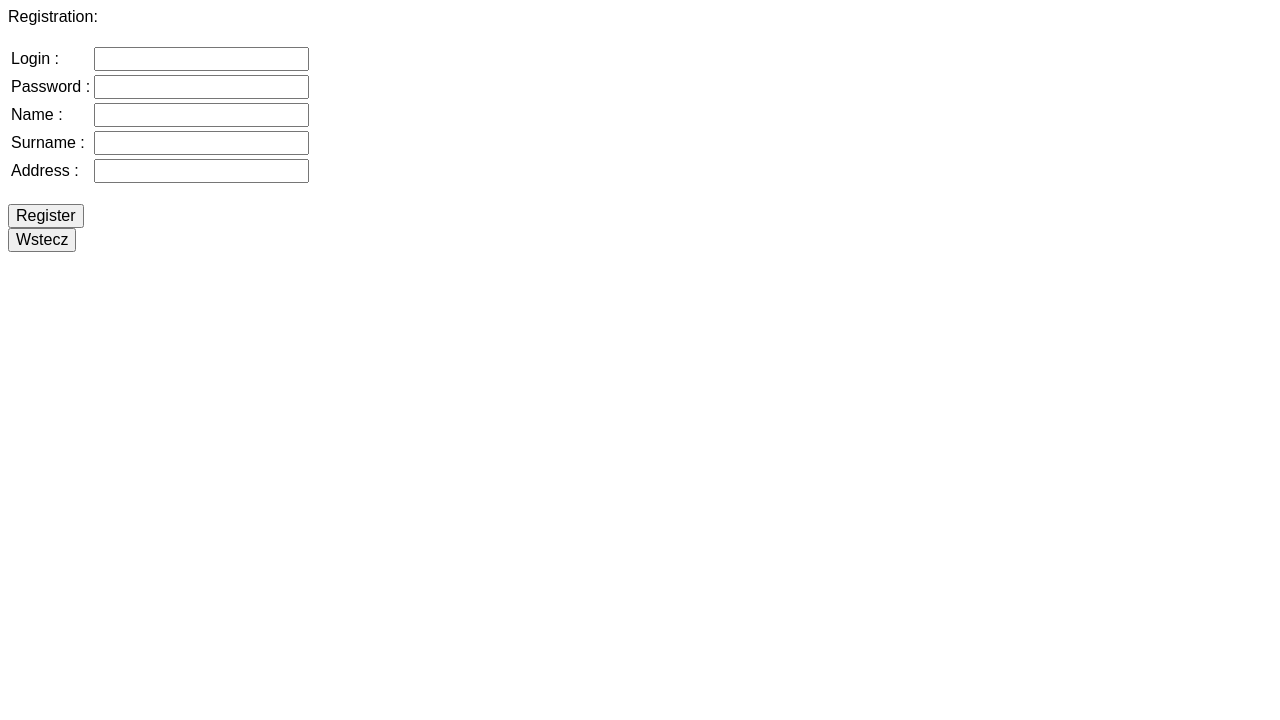
Repository: zlenyk/wrzucak
Page: Shop/WebContent/registration.html
An editor plug-in stored every save of this project. The page is shown before and after the next save, followed by the edit.
The browser window is 1280 px wide. The pictures show the whole page.

Above is the page before, as saved 2013-09-25 12:02:44.

After the next save:
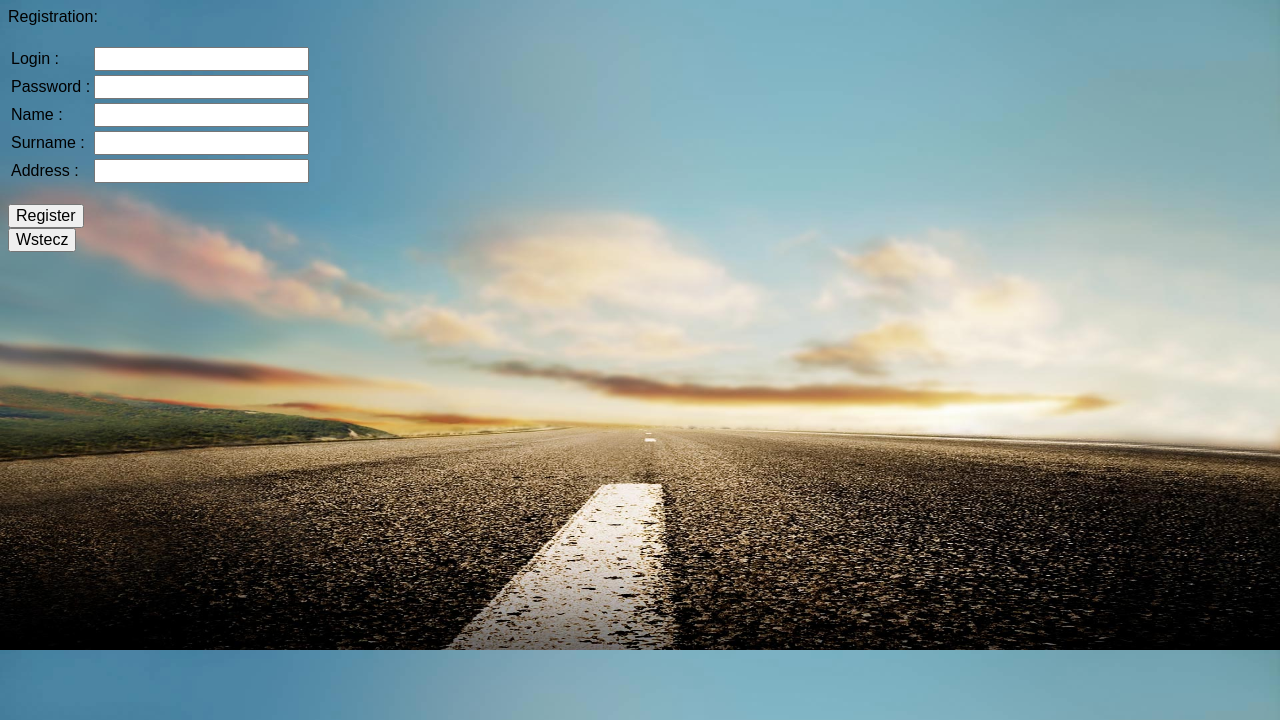
Saved 70 s later.
--- a/Shop/WebContent/registration.html
+++ b/Shop/WebContent/registration.html
@@ -5,7 +5,7 @@
 <head>
   <link rel="Stylesheet" type="text/css" href="style.css" />
 </head>
-<body>
+<body class = "back">
   <form method="POST" action="http://localhost:8080/Shop/Registration">
     Registration:<br /><br />
     <table id = "box">
